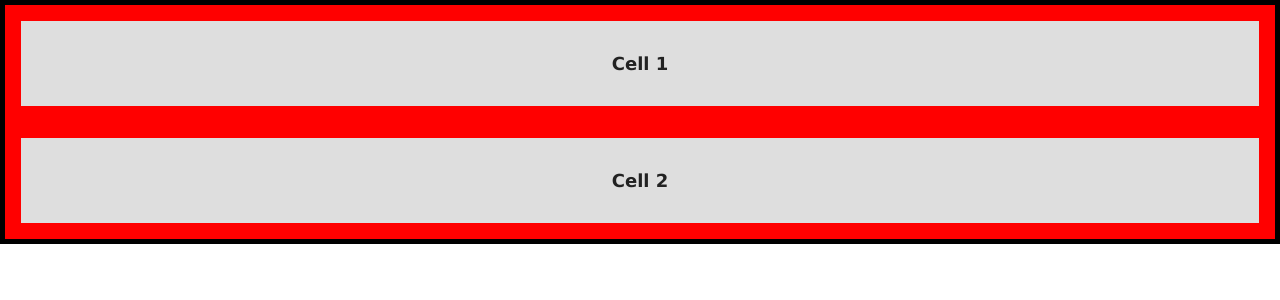
Repository: Ndifoinhilary/css_grid
Page: css-grid-learn/index.html
An editor plug-in stored every save of this project. The page is shown before and after the next save, followed by the edit.
The browser window is 1280 px wide. The pictures show the whole page.

Above is the page before, as saved 2024-01-24 13:43:19.

After the next save:
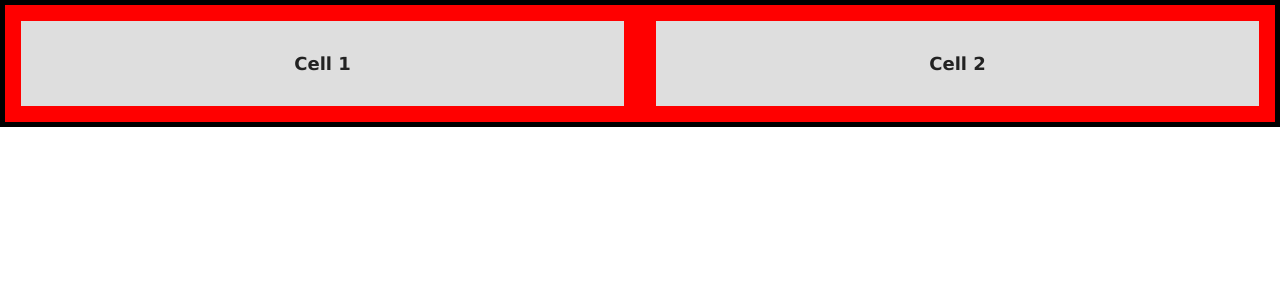
Saved 6 s later.
--- a/css-grid-learn/main.css
+++ b/css-grid-learn/main.css
@@ -25,7 +25,7 @@ body{
 
 .container{
     display: grid;
-    grid-template-columns:;
+    grid-template-columns:1fr 1fr;
 }
 
 

After the save that followed:
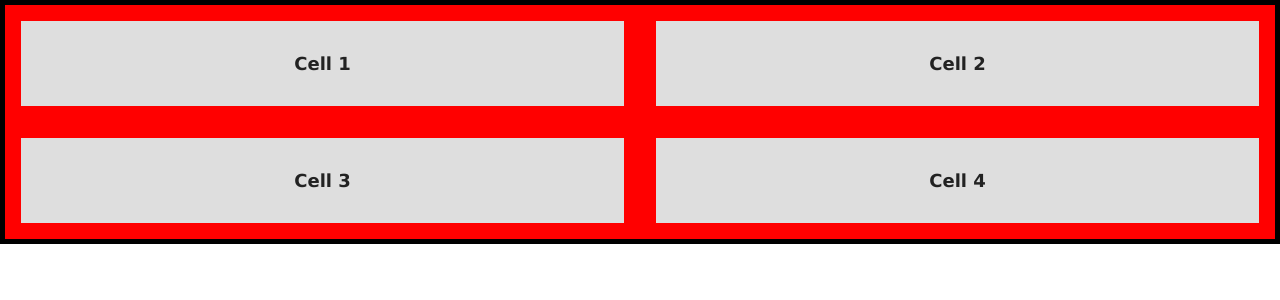
Saved 62 s later.
--- a/css-grid-learn/index.html
+++ b/css-grid-learn/index.html
@@ -8,8 +8,10 @@
 </head>
 <body>
     <div class="container">
-        <div class="cell">cell 1</div>
-        <div class="cell">cell 2</div>
+        <div class="cell class-1  ">cell 1</div>
+        <div class="cell class-2">cell 2</div>
+        <div class="cell class-3">cell 3</div>
+        <div class="cell class-4">cell 4</div>
     </div>
 </body>
 </html>
